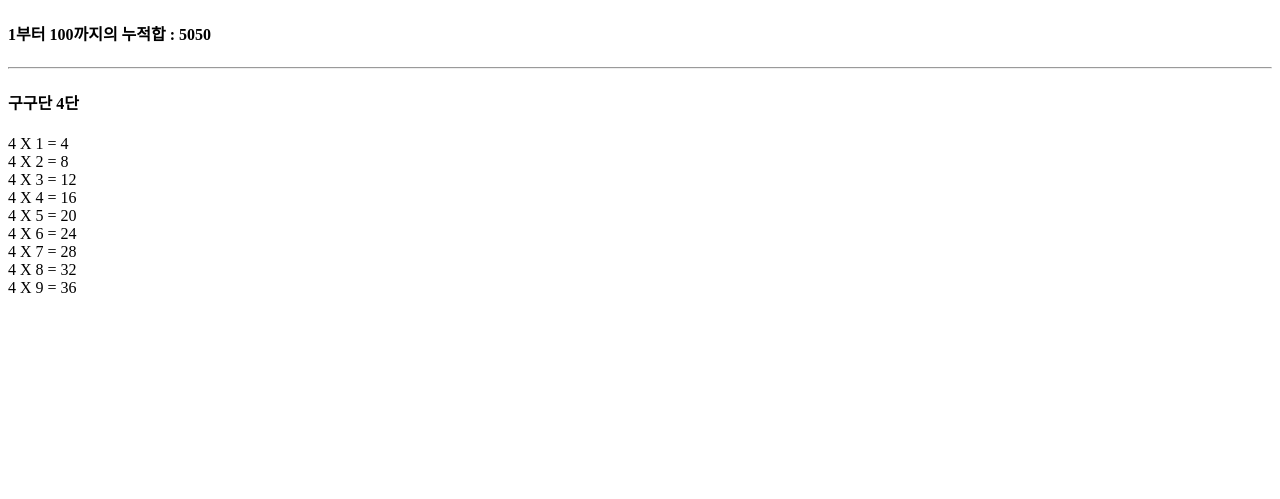
Repository: kitae1995/jsp-pratice
Page: http://localhost/JspBasic/JSTL/jstl_foreach.jsp
The author's editor kept a copy of each file at every save. The page is drawn from the files as they stood at one save, then again after the next save.
The browser window is 1280 px wide. The pictures show the whole page.
The page is served by Tomcat 9. Other server files are loaded and not shown.

Above is the page before, as saved 2023-09-12 05:52:06.

### JspBasic/src/main/webapp/JSTL/jstl_foreach.jsp
<%@ page language="java" contentType="text/html; charset=UTF-8"
    pageEncoding="UTF-8"%>
<%@ taglib uri="http://java.sun.com/jsp/jstl/core" prefix="c" %>

<!DOCTYPE html>
<html>
<head>
<meta charset="UTF-8">
<title>Insert title here</title>
</head>
<body>

	<%--<%
		int total = 0;
		for(int i=1; i<=100; i++){
			total += i;
		}


	<h4>1부터 100까지의 누적 합계 : <%=total %>입니다.</h4>--%>
	<%--기존 jsp로 for문 구현 --%>

	<%---------------------------------------------------------------------------------------------%>


	<c:set var="total" value="0"/>
	<c:forEach var="i" begin="1" end="100" step="1"> 	<!--  for문과 매우 유사함 -->
		<c:set var="total" value="${total + i }"/> <!--  total을 두번선언하는게 아는 기존의 total을 선언하기 위해 중복해서 쓴거임 -->
	</c:forEach>

	<h4>1부터 100까지의 누적합 : ${total }</h4>
	<%--
        <c:set> 태그는 변수의 생성과 동시에, 이미 동일한 이름의 데이터가 존재한다면
        기존의 데이터를 지목해서 값을 변경할 때도 사용합니다.
        마치 setAttribute()에서 이미 존재하는 이름을 지목하여 값을 변경하는 것처럼.
     --%>

     <hr>

     <h4>구구단 4단</h4>

     <c:forEach var="hang" begin="1" end="9"> <!-- step은 생략하면 1로 처리됨 , for문은 거의 1씩 늘어나니까 -->
     	4 X ${hang} = ${4*hang} <br>
     </c:forEach>

</body>
</html>

After the next save:
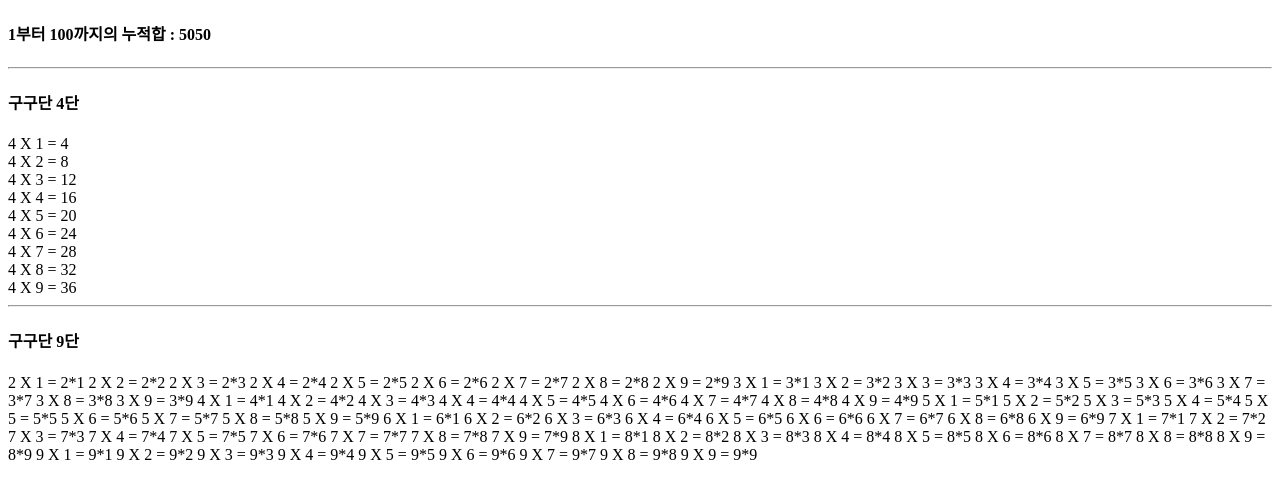
Saved 3 min 33 s later.
--- a/JspBasic/src/main/webapp/JSTL/jstl_foreach.jsp
+++ b/JspBasic/src/main/webapp/JSTL/jstl_foreach.jsp
@@ -43,5 +43,15 @@
      	4 X ${hang} = ${4*hang} <br>
      </c:forEach>
 
+     <hr>
+
+     <%-- 구구단을 2~9단까지 출력하는데, 짝수단만 출력해보세요 ,jstl el 사용 --%>
+     <h4>구구단 9단</h4>
+     <c:forEach var="dan" begin="2" end="9">
+     	<c:forEach var="ban" begin="1" end="9">
+     		${dan} X ${ban } = ${dan}*${ban }
+     	</c:forEach>
+     </c:forEach>
+
 </body>
 </html>
